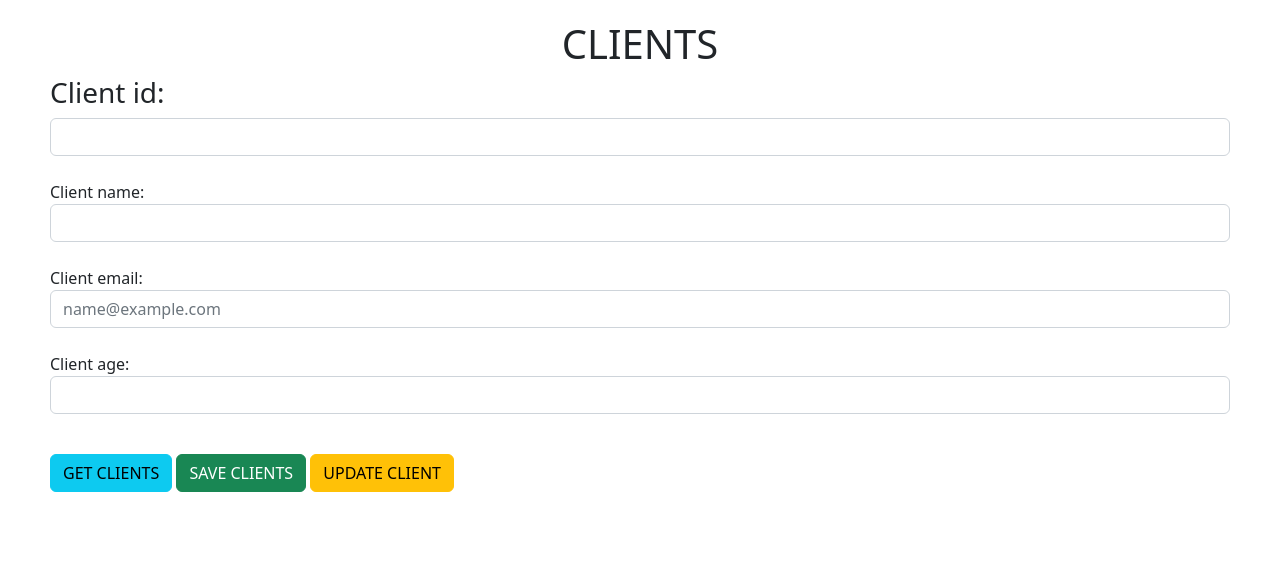
Repository: almendezl/MisionTIC
Page: index.html
These files come from the project's save history. The page is drawn as it stood at one moment and after the next save; the edit follows.
The browser window is 1280 px wide. The pictures show the whole page.

Above is the page before, as saved 2022-10-01 21:38:31.

After the next save:
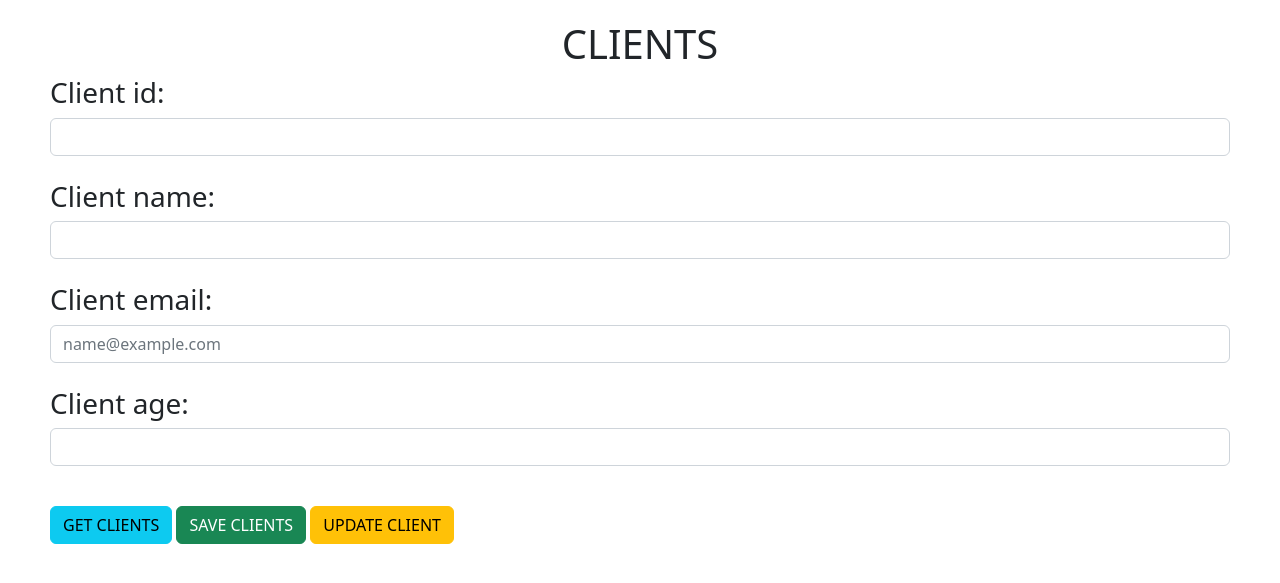
Saved 30 s later.
--- a/index.html
+++ b/index.html
@@ -22,17 +22,17 @@
         </div>
 
         <div class="form-group">
-            <label >Client name: </label>
+            <h3 class="label label-default" >Client name: </h3>
             <input class="form-control" type="text" id="clientName"><br>
         </div>
 
         <div class="form-group">
-            <label >Client email: </label>
+            <h3 class="label label-default" >Client email: </h3>
             <input class="form-control" type="text" id="clientEmail" placeholder="name@example.com"><br>
         </div>
 
         <div class="form-group">
-            <label >Client age: </label>
+            <h3 class="label label-default" >Client age: </h3>
             <input class="form-control" type="number" id="clientAge"><br>
         </div>
 
